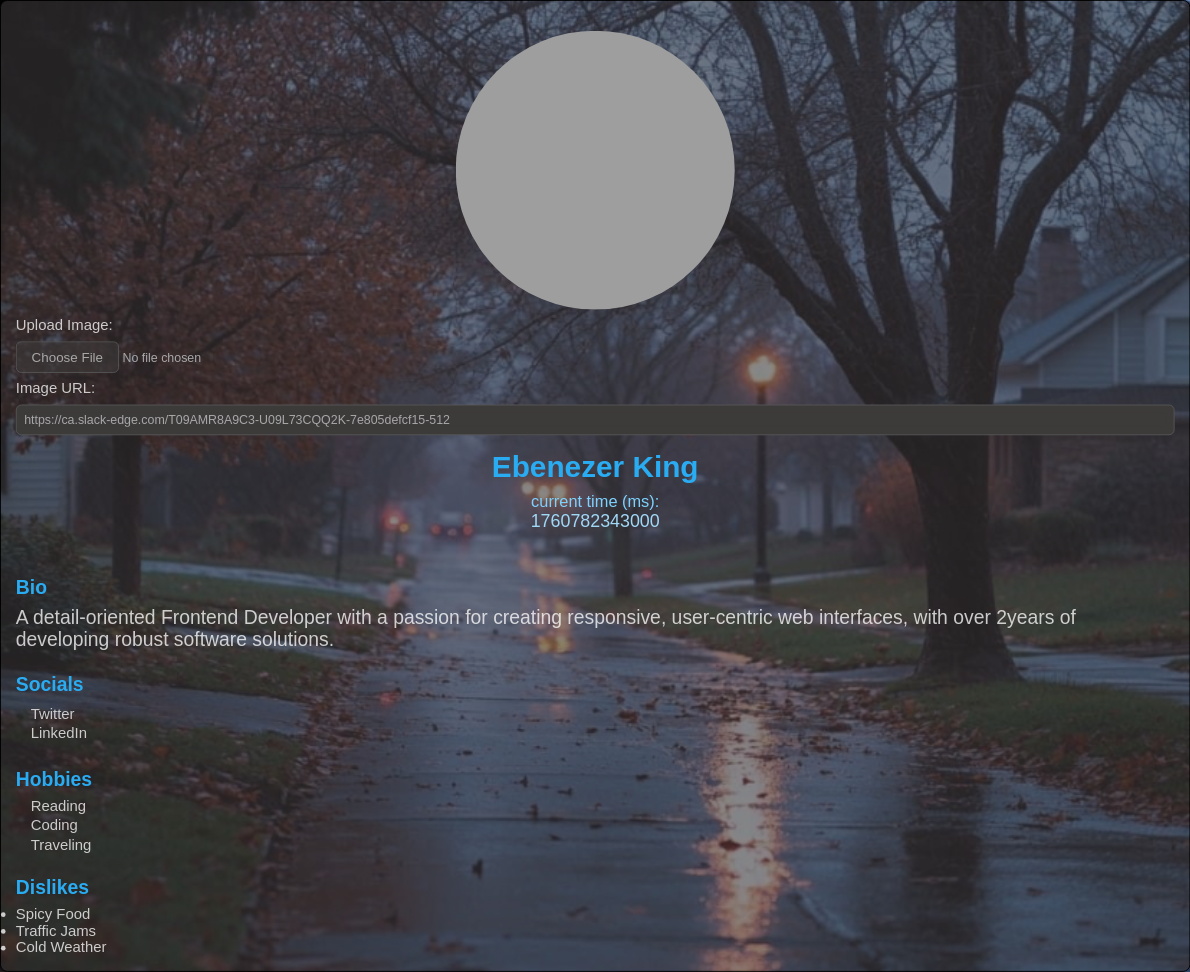
Repository: ebenezertiewei/profileCard
Page: index.html
The author's editor kept a copy of each file at every save. The page is drawn from the files as they stood at one save, then again after a run of saves.
The browser window is 1280 px wide. The pictures show the whole page, at 93% of full size.
Pictures or frames that could not be fetched are drawn as grey boxes.

Above is the page before, as saved 2025-10-18 10:16:08.

After the next 5 saves:
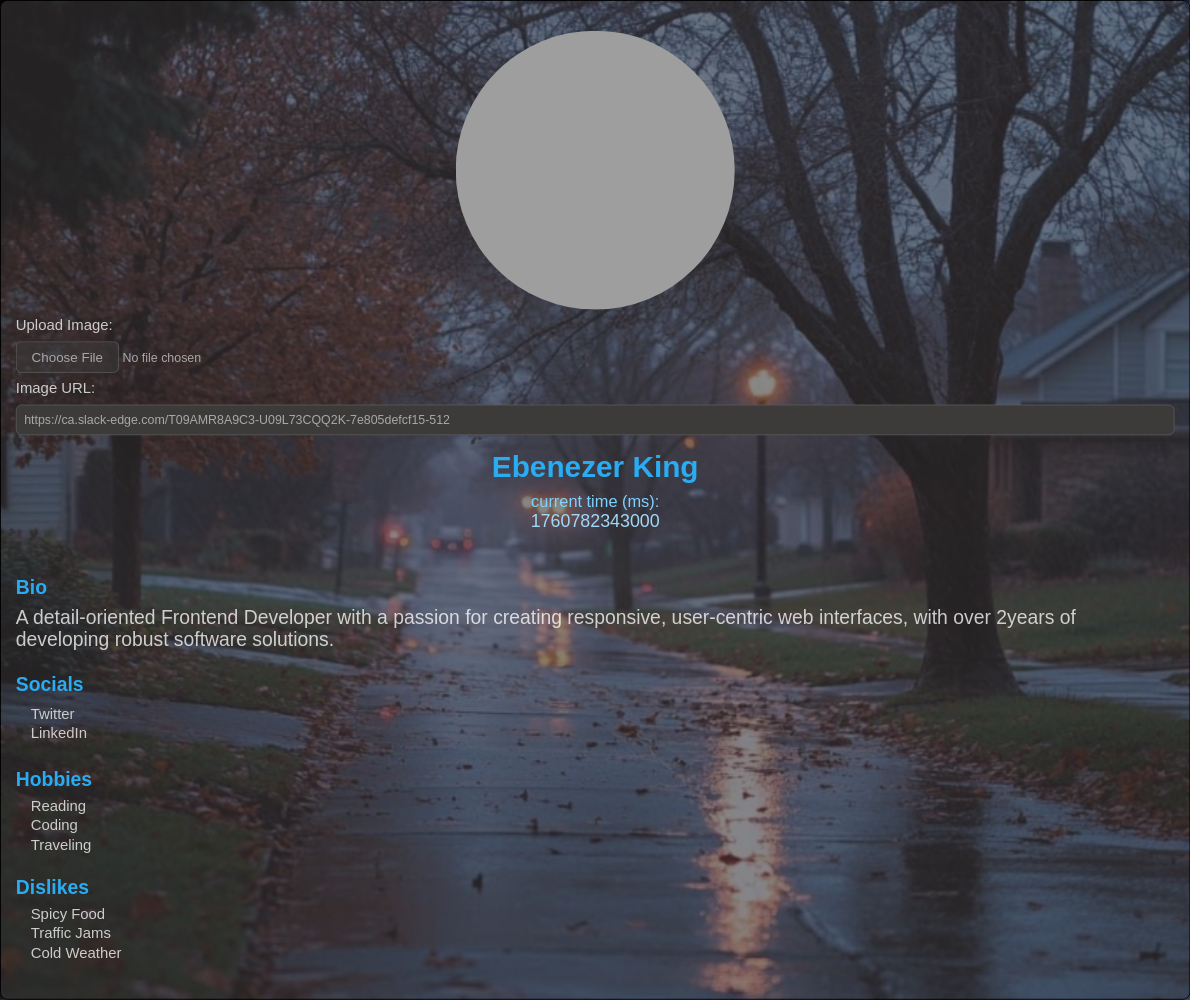
The 5 saves are shown as one change because they came seconds apart.
The last was saved 39 s later.
--- a/style.css
+++ b/style.css
@@ -192,3 +192,10 @@ article[data-testid="test-profile-card"] {
 	font-size: 1.3rem;
 	color: #2aacf3;
 }
+#profileDetails section[data-testid="test-user-dislikes"] ul {
+	list-style: none;
+	margin-bottom: 1.5rem;
+}
+#profileDetails section[data-testid="test-user-dislikes"] li {
+	margin: 0.2rem 1rem;
+}
